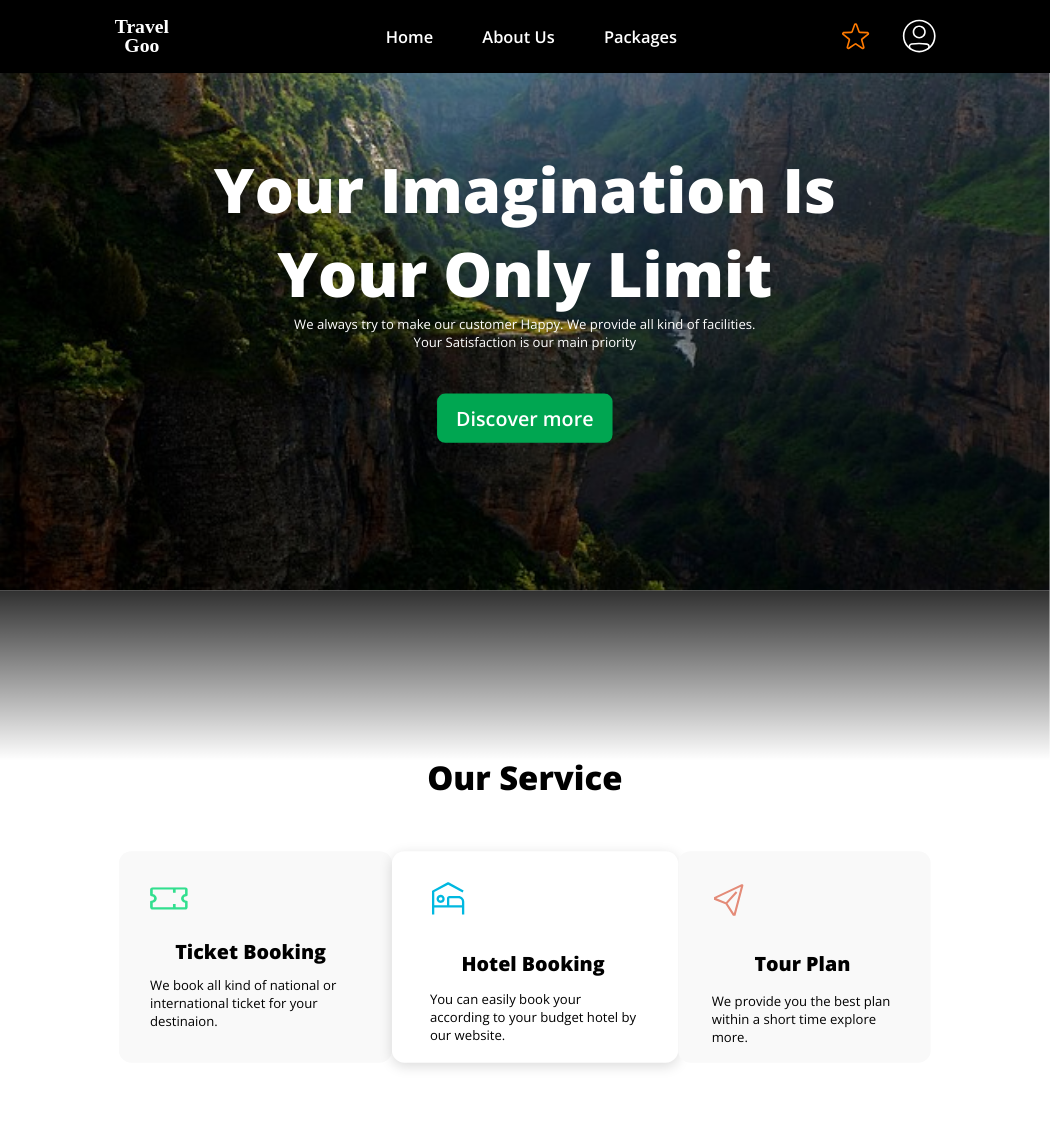
Repository: simralgasimov/back-project
Page: index.html
The author's editor kept a copy of each file at every save. The page is drawn from the files as they stood at one save, then again after a run of saves.
The browser window is 1280 px wide. The pictures show the whole page, at 82% of full size.
Some web fonts or font styles are not loaded; a fallback is used.

Above is the page before, as saved 2023-09-27 13:45:45.

### index.html
<!DOCTYPE html>
<html lang="en">
  <head>
    <meta charset="UTF-8" />
    <meta name="viewport" content="width=device-width, initial-scale=1.0" />
    <title>Document</title>
    <link rel="stylesheet" href="./index.css" />
  </head>
  <body>
    <div class="container">
      <div class="container-1">
        <div class="navbar">
          <div class="logo">
            Travel
            <div>Goo</div>
          </div>
          <div class="menu">
            <ul>
              <li>Home</li>
              <li>About Us</li>
              <li>Packages</li>
            </ul>
          </div>
          <div class="icon">
            <img src="./clarity_favorite-line.svg" alt="" />
            <img src="./healthicons_ui-user-profile-outline.svg" alt="" />
          </div>
        </div>
        <main>
          <h1>Your Imagination Is Your Only Limit</h1>
          <p>
            We always try to make our customer Happy. We provide all kind of
            facilities. Your Satisfaction is our main priority
          </p>
          <button>
            <a href="#">Discover more</a>
          </button>
        </main>
      </div>
      <div class="container-2">
        <h2>Our Service</h2>
        <div class="services">
          <div class="ticket">
            <img src="./Vector.svg" alt="" />
            <h1>Ticket Booking</h1>
            <p>
              We book all kind of national or international ticket for your
              destinaion.
            </p>
          </div>
          <div class="hotel">
            <img src="./carbon_hotel.svg" alt="" />
            <h1>Hotel Booking</h1>
            <p>
              You can easily book your according to your budget hotel by our
              website.
            </p>
          </div>
          <div class="tour">
            <img src="./cil_paper-plane.svg" alt="" />
            <h1>Tour Plan</h1>
            <p>
              We provide you the best plan within a short time explore more.
            </p>
          </div>
        </div>
      </div>
    </div>
  </body>
</html>

### index.css
@import url("https://fonts.googleapis.com/css2?family=Laila:wght@400;600;700&family=Open+Sans:wght@400;600;800&display=swap");
* {
  padding: 0;
  margin: 0;
  box-sizing: border-box;
}

.container {
  /* position: relative;
  z-index: 0; */
  /* padding: 32px 145px 63px 100px; */
  min-height: 100vh;
  width: 100%;

}

.container .navbar {
  width: 100%;
  padding: 20px 135px;
  display: flex;
  justify-content: space-between;
  align-items: center;
  /* margin: auto; */
  position: fixed;
  top: 0;
  background-color: black;
}
.container-1{
  min-height: 100vh;
  display: flex;
  flex-direction: column;
  align-items: center;
  justify-content: center;
  background-image: url("./canyon-1740973_640.jpg");
  background-repeat: no-repeat;
  background-size: 100% 100%;
}
.container .navbar .logo {
  width: 76px;
  color: #fff;
  text-align: center;
  font-family: Laila;
  font-size: 24px;
  font-style: normal;
  font-weight: 700;
  line-height: 102.5%; /* 24.6px */
}

.container .navbar .menu ul {
  list-style-type: none;
  display: flex;
}

.container .navbar .menu ul li {
  color: #fff;
  font-family: Open Sans;
  font-size: 20px;
  font-style: normal;
  font-weight: 600;
  line-height: normal;
  justify-content: space-between;
  margin-left: 60px;
}

.container .navbar .icon {
  display: flex;
  justify-content: space-between;
  align-items: center;
}

.container .navbar .icon img:first-child {
  margin-right: 36px;
  width: 36px;
  height: 36px;
}
.container .navbar .icon img:last-child {
  width: 48px;
  height: 48px;
}

.container .box {
  display: flex;
  justify-content: center;
  text-align: center;
}
.container .container-1 h1 {
  width: 779px;
  color: #fff;
  text-align: center;
  font-family: Open Sans;
  font-size: 75px;
  font-style: normal;
  font-weight: 800;
  line-height: normal;
  /* margin-top: 250px; */
}

.container .text-box {
  margin-top: 57px;
  display: flex;
  justify-content: center;
  text-align: center;
}
.container .container-1  p {
  width: 568px;
  color: #fff;
  text-align: center;
  font-family: Open Sans;
  font-size: 16px;
  font-style: normal;
  font-weight: 400;
  line-height: normal;
}

.container .container-1  button {
  border: none;
  width: 214px;
  height: 60px;
  border-radius: 10px;
  background: #00a651;
  display: flex;
  justify-content: center;
  align-items: center;
  margin-top: 52px;
}

.container button a {
  text-decoration: none;
  color: #fff;
  text-align: center;
  font-family: Open Sans;
  font-size: 24px;
  font-style: normal;
  font-weight: 600;
  line-height: normal;
}

.container-2 {
  padding: 200px 145px 88px 145px;
  background: linear-gradient(
    180deg,
    rgba(0, 0, 0, 0.81) 0%,
    rgba(72, 72, 72, 0) 31.25%,
    rgba(158, 158, 158, 0) 77.6%,
    #fff 85.42%
  );
}

.container-2 h2 {
  margin-bottom: 63px;
  /* display: flex;
        text-align: center;
        justify-content: center; */
  color: #000;
  text-align: center;
  font-family: Open Sans;
  font-size: 40px;
  font-style: normal;
  font-weight: 700;
  line-height: normal;
}

.container-2 .services {
  display: flex;
  /* margin: auto; */
  justify-content: space-between;
}

.container-2 .services .ticket {
  padding: 44px 50px 20px 38px;
  /* width: 416px;
height: 232px; */
  border-radius: 15px;
  background: #f9f9f9;
}

.container-2 .services .ticket h1 {
  margin-top: 30px;
  margin-bottom: 13px;
  color: #000;
  text-align: center;
  font-family: Open Sans;
  font-size: 24px;
  font-style: normal;
  font-weight: 700;
  line-height: normal;
}

.container-2 .services .ticket p {
  color: #000;
  font-family: Open Sans;
  font-size: 16px;
  font-style: normal;
  font-weight: 400;
  line-height: normal;
}

.container-2 .services .hotel {
  padding: 35px 51px 20px 46px;
  border-radius: 15px;
  background: #fff;
  box-shadow: 0px 4px 16px 0px rgba(0, 0, 0, 0.15);
}

.container-2 .services .hotel h1 {
  margin-top: 36px;
  margin-bottom: 16px;
  color: #000;
  text-align: center;
  font-family: Open Sans;
  font-size: 24px;
  font-style: normal;
  font-weight: 700;
  line-height: normal;
}

.container-2 .services .hotel p {
  color: #000;
  font-family: Open Sans;
  font-size: 16px;
  font-style: normal;
  font-weight: 400;
  line-height: normal;
}

.container-2 .services .tour {
  padding: 39px 46px 20px 41px;
  border-radius: 15px;
  background: #f9f9f9;
}

.container-2 .services .tour h1 {
  margin-top: 36px;
  margin-bottom: 19px;
  color: #000;
  text-align: center;
  font-family: Open Sans;
  font-size: 24px;
  font-style: normal;
  font-weight: 700;
  line-height: normal;
}
.container-2 .services .tour p {
  color: #000;
  font-family: Open Sans;
  font-size: 16px;
  font-style: normal;
  font-weight: 400;
  line-height: normal;
}

.container .container-1 main{
  display: flex;
  flex-direction: column;
  align-items: center;
}

After the next 2 saves:
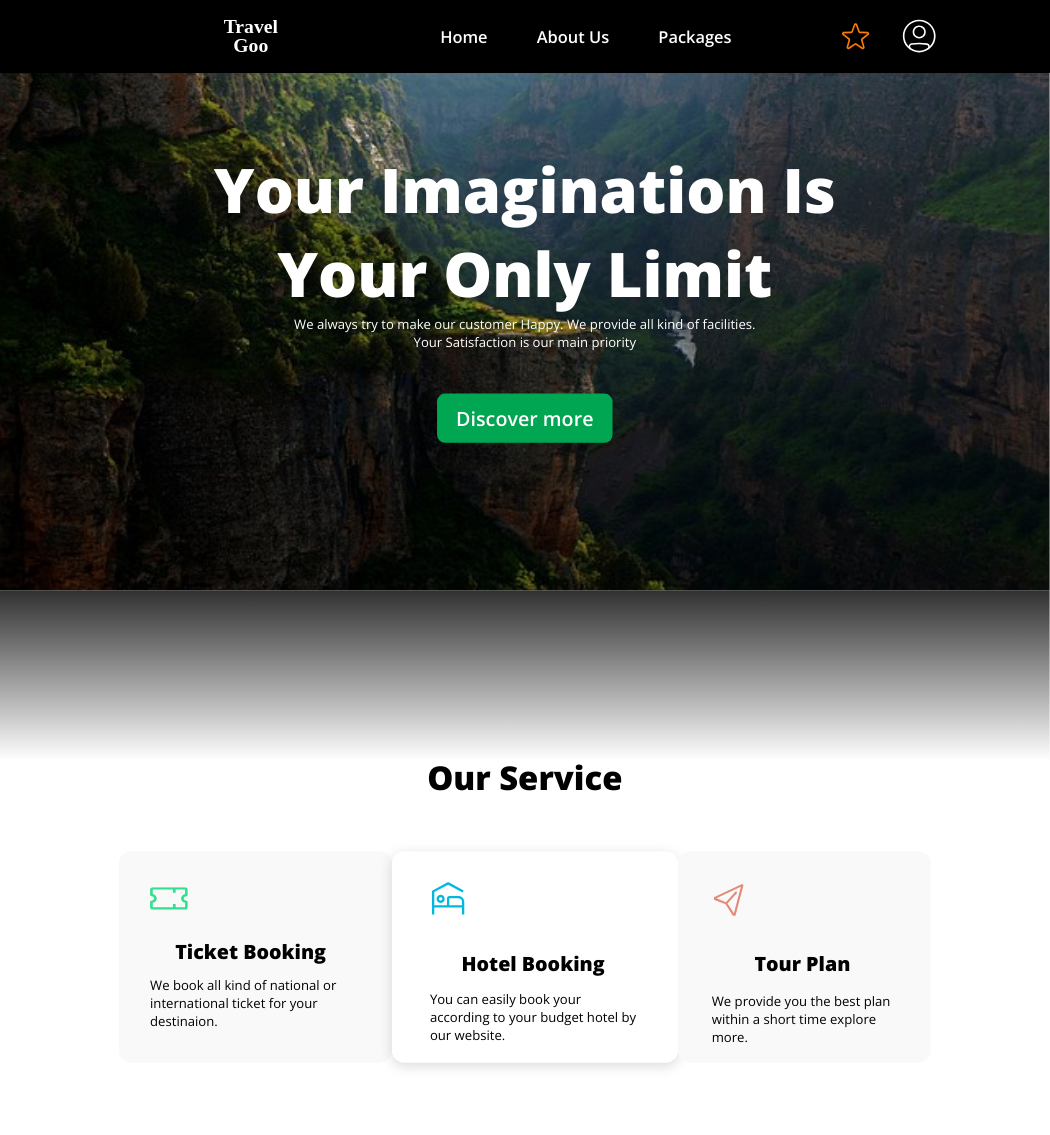
The 2 saves are shown as one change because they came seconds apart.
The last was saved 8 s later.
--- a/index.html
+++ b/index.html
@@ -10,6 +10,7 @@
     <div class="container">
       <div class="container-1">
         <div class="navbar">
+          <a href="#"></a>
           <div class="logo">
             Travel
             <div>Goo</div>

After the 2 saves that followed:
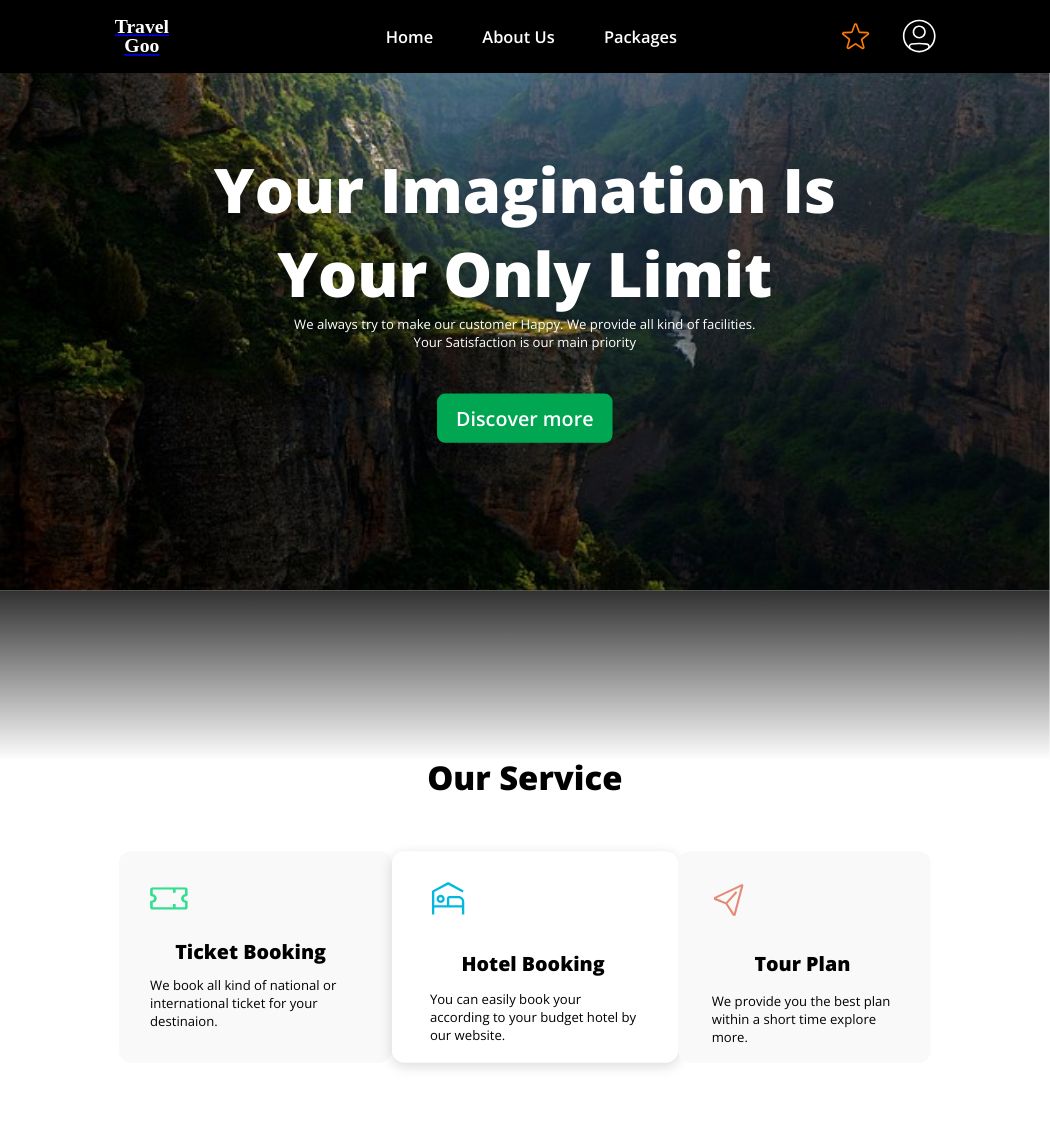
The 2 saves are shown as one change because they came seconds apart.
The last was saved 8 s later.
--- a/index.html
+++ b/index.html
@@ -10,11 +10,13 @@
     <div class="container">
       <div class="container-1">
         <div class="navbar">
-          <a href="#"></a>
-          <div class="logo">
-            Travel
-            <div>Goo</div>
-          </div>
+          <a href="#">
+            <div class="logo">
+              Travel
+              <div>Goo</div>
+            </div>
+          </a>
+
           <div class="menu">
             <ul>
               <li>Home</li>
